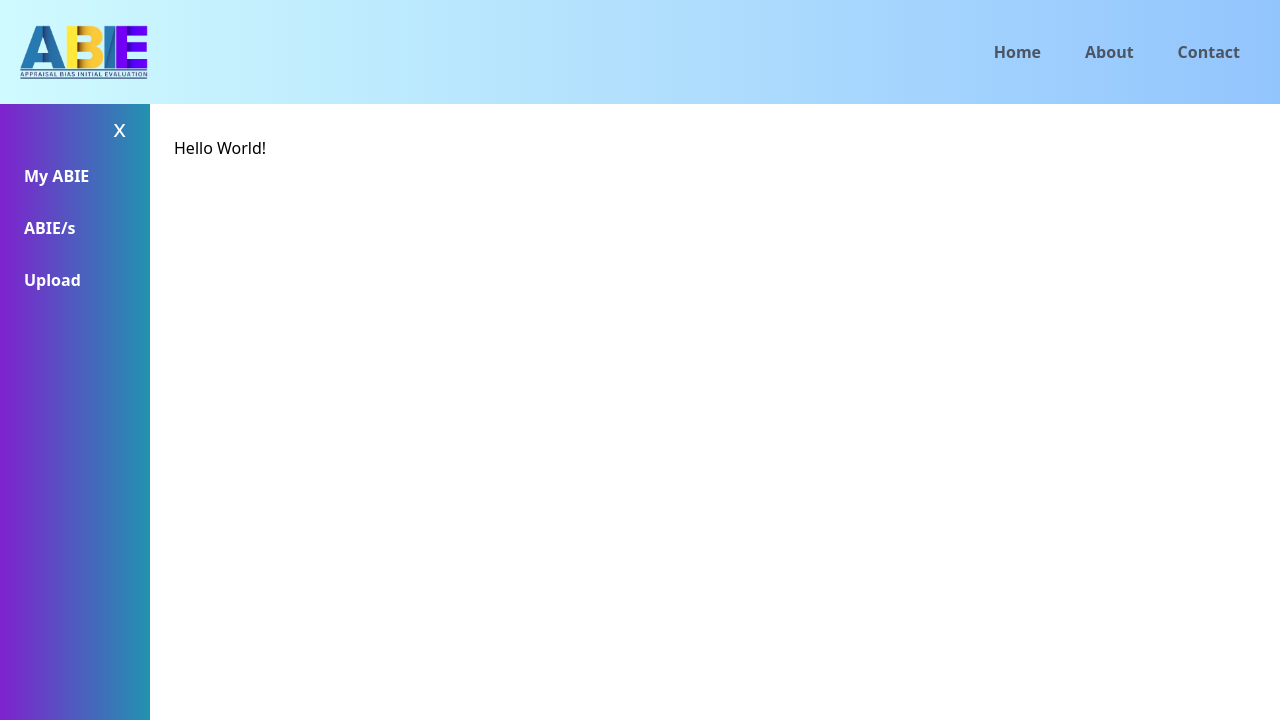
Repository: WafulaLukorito/Abie-frontend
Page: /dashboard
These files come from the project's save history. The page is drawn as it stood at one moment and after a run of saves; the edit follows.
The browser window is 1280 px wide. The pictures show the whole page.
The project was rebuilt for these pictures with package versions that can differ from the ones it lists, and the page was loaded fresh each time. Also part of the build but not shown: vite.config.js, src/components/Header/Button.jsx, src/components/Header/Links.jsx, src/components/Header/index.jsx, src/pages/Home.jsx, src/pages/About.jsx.

Above is the page before, as saved 2024-01-26 17:27:59.

After the next 2 saves:
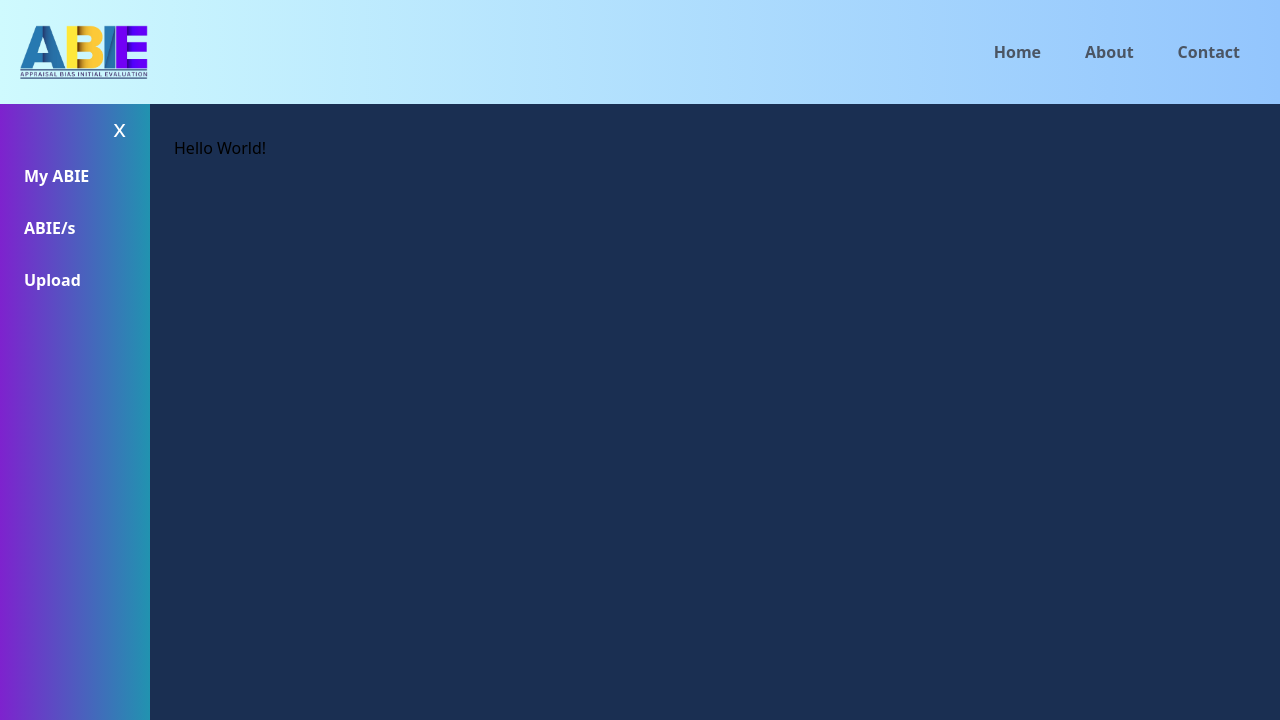
The 2 saves are shown as one change because 1 did not build or start.
The last was saved 3 min 53 s later.
--- a/src/pages/Dashboard.jsx
+++ b/src/pages/Dashboard.jsx
@@ -10,7 +10,9 @@
     };
 
     return (
-        <div className="flex h-screen bg-color #1A2F52" >
+        <div className="flex h-screen"
+              style = {{backgroundColor: "#1A2F52"}}>
+
        {/* // style={{ background: 'linear-gradient(to left, #6dd5ed, #2193b0)' }}>  Gradient background */}
             <Sidebar isOpen={isSidebarOpen} toggleSidebar={toggleSidebar} />
             <div className="flex flex-col flex-1 overflow-hidden">
